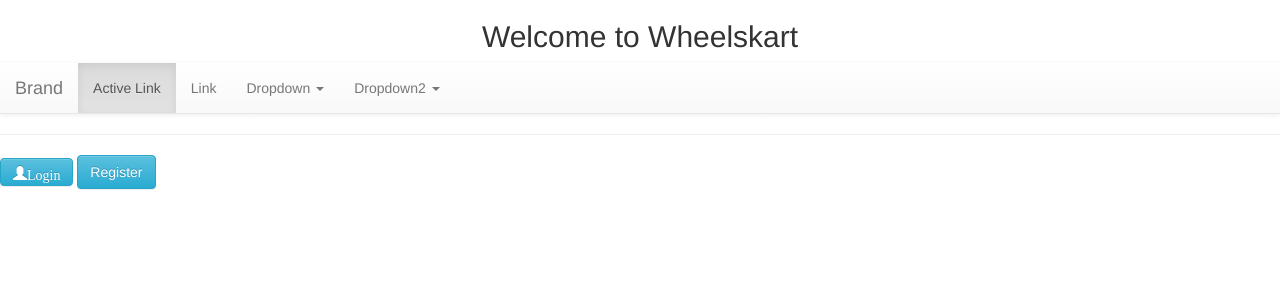
Repository: mrahulbisht/Wheelskart-Project
Page: http://localhost/WheelskartFrontEnd/Home.jsp
These files come from the project's save history. The page is drawn as it stood at one moment and after the next save; the edit follows.
The browser window is 1280 px wide. The pictures show the whole page.
Some web libraries are served in a nearby version. The page is served by Tomcat 9.

Above is the page before, as saved 2017-04-22 07:47:31.

After the next save:
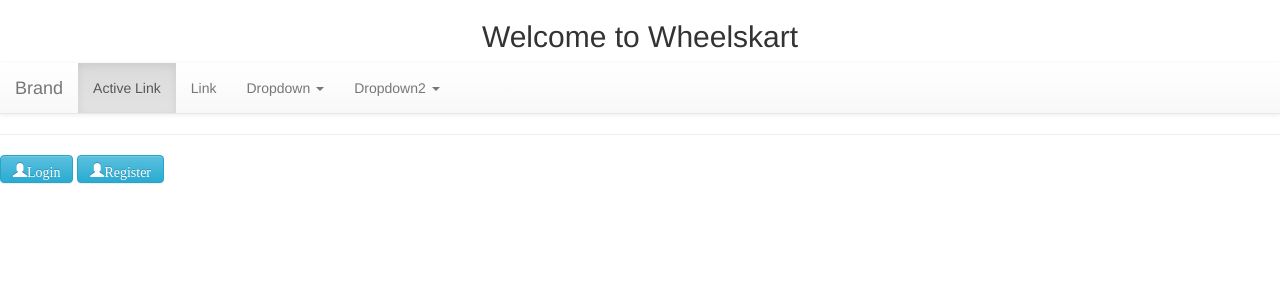
Saved 42 s later.
--- a/project/WheelskartFrontEnd/src/main/webapp/Home.jsp
+++ b/project/WheelskartFrontEnd/src/main/webapp/Home.jsp
@@ -24,7 +24,7 @@
 	<a href="LoginPage">    <button type="button" class="btn btn-info"><span class="glyphicon glyphicon-user">Login</span></button></a>
 
 
-	<a href="RegistrationPage"> <button type="button" class="btn btn-info">Register</button></a>
+	<a href="RegistrationPage"> <button type="button" class="btn btn-info"><span class="glyphicon glyphicon-user">Register</span></button></a>
 	<br>
 	<c:if test="${isUserClickedLogin=='true'}">
 
